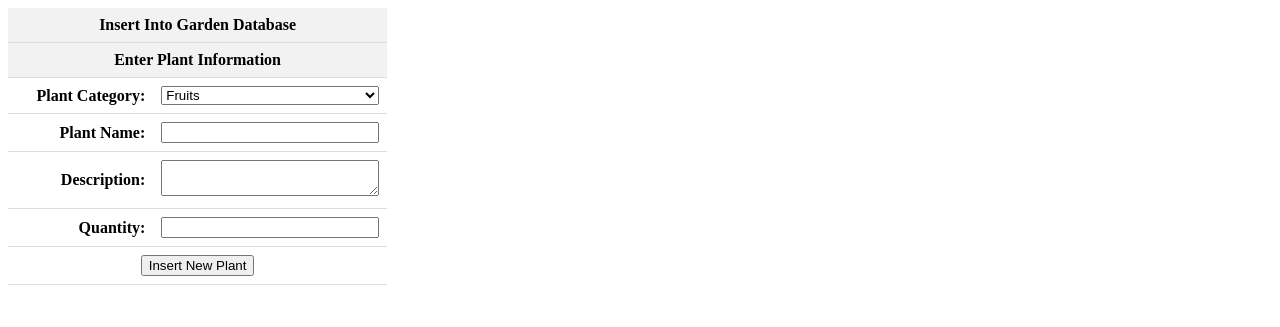
Repository: bkyncl/csd-430
Page: http://localhost/kyncl_08/form.jsp
The author's editor kept a copy of each file at every save. The page is drawn from the files as they stood at one save, then again after the next save.
The browser window is 1280 px wide. The pictures show the whole page.
The page is served by Tomcat 9.

Above is the page before, as saved 2023-07-04 06:14:33.

After the next save:
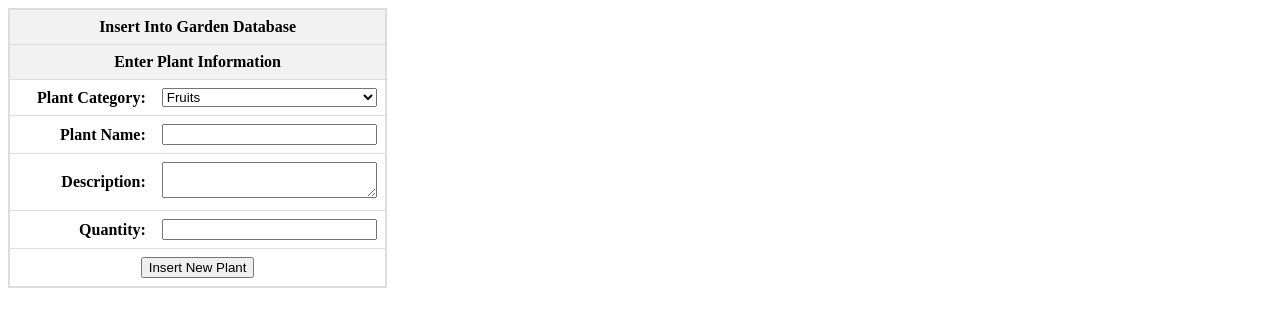
Saved 42 s later.
--- a/kyncl_08/src/main/webapp/form.jsp
+++ b/kyncl_08/src/main/webapp/form.jsp
@@ -9,6 +9,7 @@
     table {
         border-collapse: collapse;
         width: 30%;
+        border: 2px solid #ddd;
     }
     th, td {
         padding: 8px;
